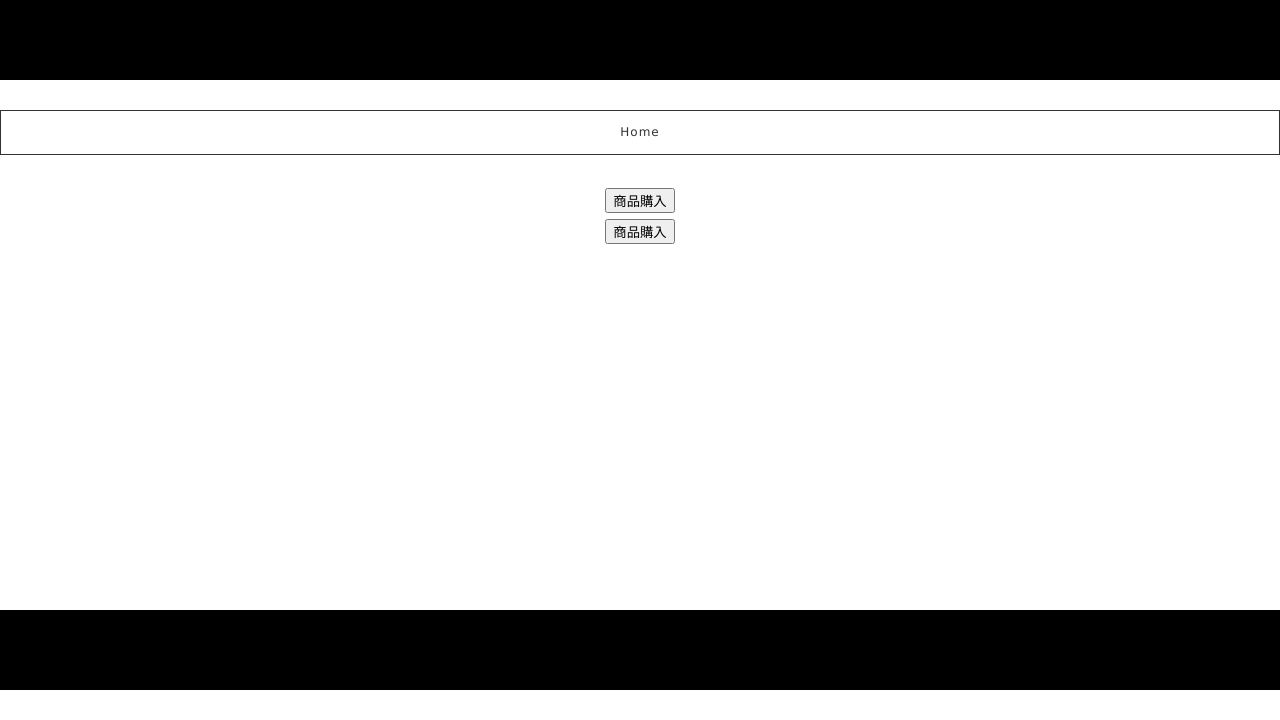
Repository: hirose0320/test
Page: http://localhost/ecsite/login.jsp
These files come from the project's save history. The page is drawn as it stood at one moment and after the next save; the edit follows.
The browser window is 1280 px wide. The pictures show the whole page.
The page is served by Tomcat 9.

Above is the page before, as saved 2019-02-27 02:11:51.

After the next save:
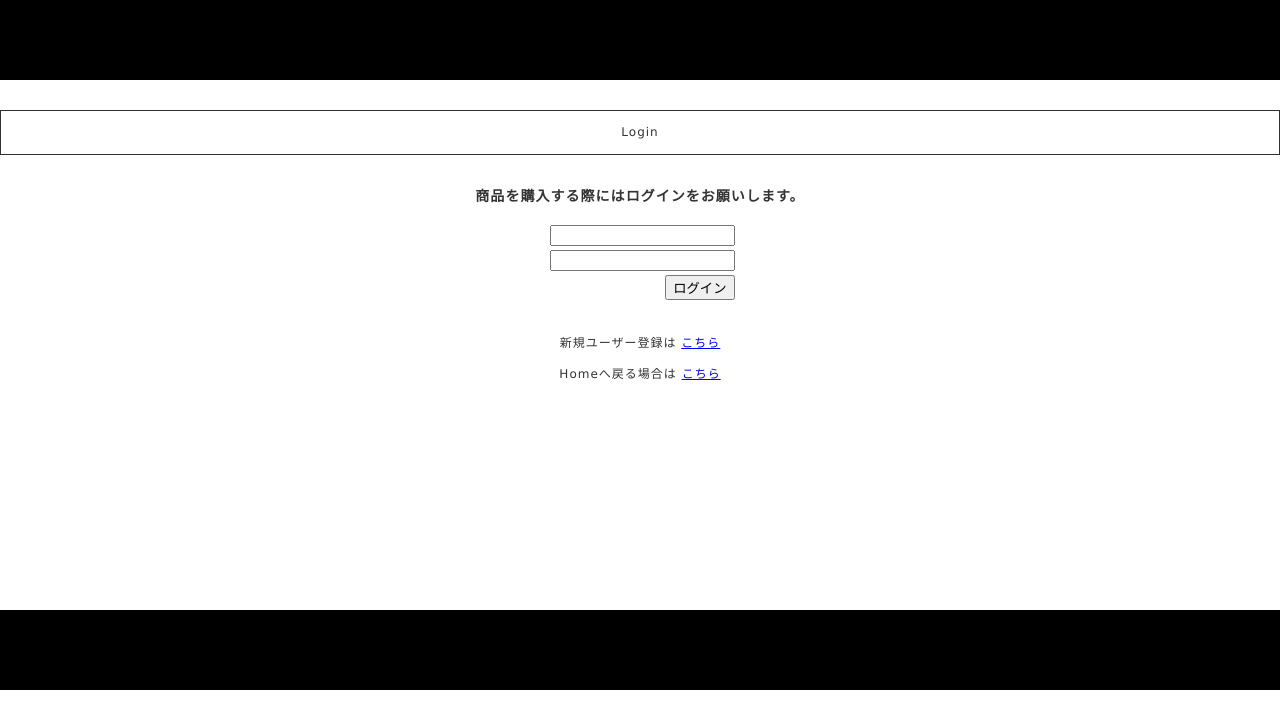
Saved 4 min 59 s later.
--- a/ecsite/WebContent/login.jsp
+++ b/ecsite/WebContent/login.jsp
@@ -10,7 +10,7 @@
 <meta http-equiv="imagetoolbar" content="no" />
 <meta name="description" content="" />
 <meta name="keywords" content="" />
-<title>Home画面</title>
+<title>Login画面</title>
 
 <style type="text/css">
 body {
@@ -66,20 +66,25 @@
 	</div>
 	<div id="main">
 		<div id="top">
-			<p>Home</p>
+			<p>Login</p>
 		</div>
-		<div id="text-center">
-			<s:form action="HomeAction">
-				<s:submit value="商品購入" />
+		<div>
+			<h3>商品を購入する際にはログインをお願いします。</h3>
+			<s:form action="LoginAction">
+				<s:textfield name="loginUserId" />
+				<s:password name="loginPassword" />
+				<s:submit value="ログイン" />
 			</s:form>
-			<s:form action="HomeAction">
-				<s:submit value="商品購入" />
-			</s:form>
-			<s:if test="#session.id !=null">
+			<br />
+			<div id="text-link">
 				<p>
-					ログアウトする場合は <a href='<s:url action="LogoutAction"/>'>こちら</a>
+					新規ユーザー登録は <a href='<s:url action="UserCreateAction"/>'>こちら</a>
 				</p>
-			</s:if>
+				<p>
+					Homeへ戻る場合は <a href='<s:url action="GoHomeAction"/>'>こちら</a>
+				</p>
+
+			</div>
 		</div>
 	</div>
 	<div id="footer">
